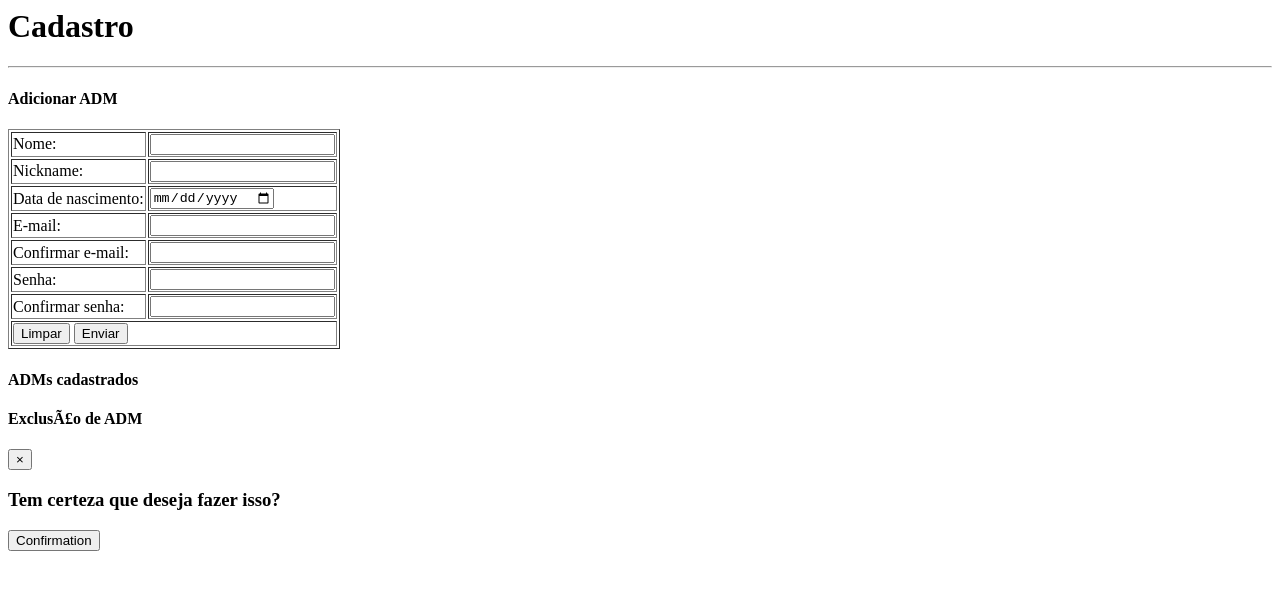
Repository: cavrau/workspaceTbog
Page: the Battle for Gondria/WebContent/system/admin/cadastro.html
These files come from the project's save history. The page is drawn as it stood at one moment and after the next save; the edit follows.
The browser window is 1280 px wide. The pictures show the whole page.

Above is the page before, as saved 2018-08-18 16:04:54.

After the next save:
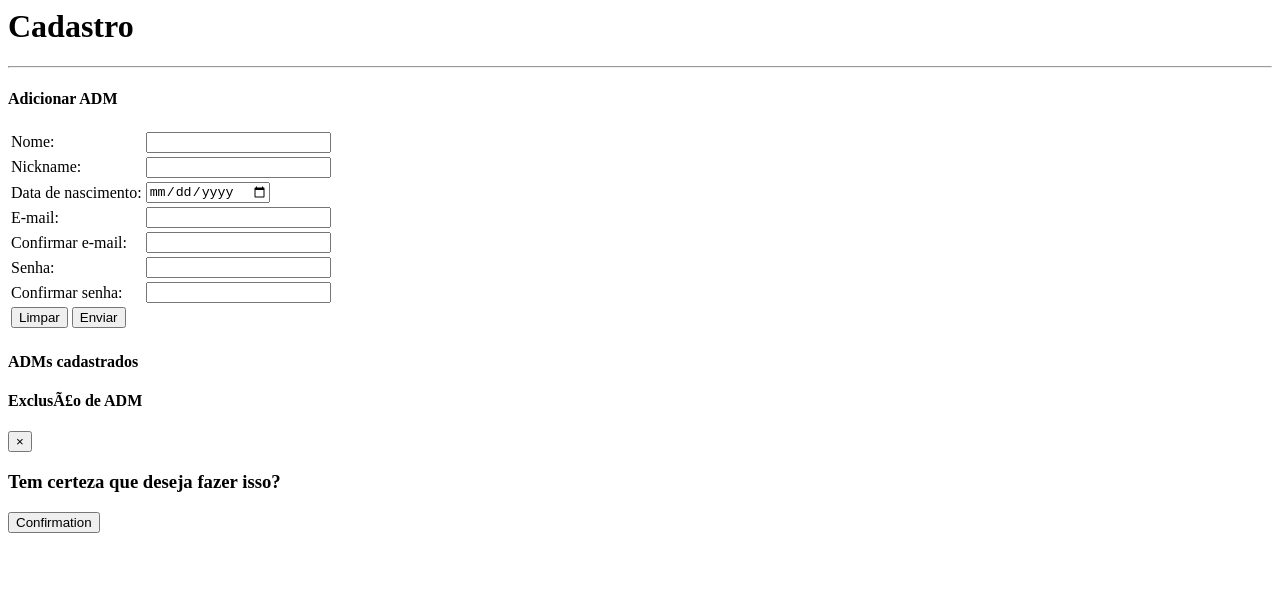
Saved 15 s later.
--- a/the Battle for Gondria/WebContent/system/admin/cadastro.html
+++ b/the Battle for Gondria/WebContent/system/admin/cadastro.html
@@ -7,7 +7,7 @@
 		<h4 class="h4_form">Adicionar ADM</h4>
 
 		<form action="post" id="cadastraForm">
-			<table id="table_form" border="1">
+			<table id="table_form">
 				<tbody>
 
 					<tr>
